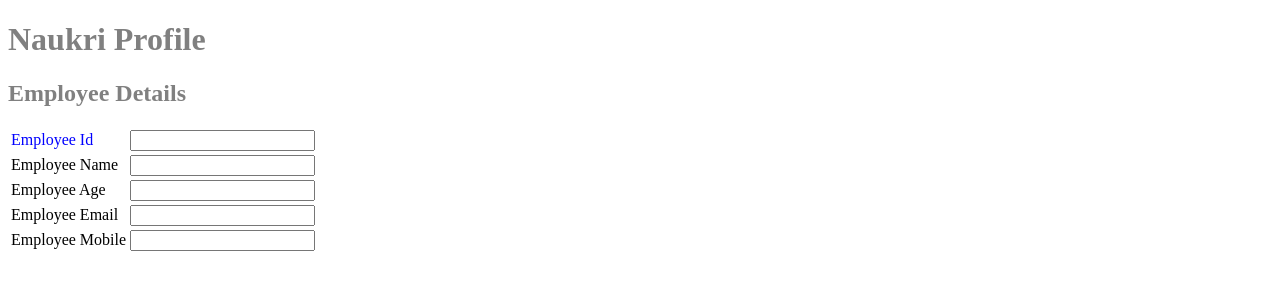
Repository: Ravikumarh6166/my-first-repo
Page: filterapp/src/main/webapp/registrationform.html
These files come from the project's save history. The page is drawn as it stood at one moment and after the next save; the edit follows.
The browser window is 1280 px wide. The pictures show the whole page.

Above is the page before, as saved 2022-08-30 07:04:06.

### filterapp/src/main/webapp/registrationform.html
<!DOCTYPE html>
<html>
<head>
<meta charset="UTF-8">
<title>Insert title here</title>
</head>
<body>
<h1 style="color:gray">Naukri Profile</h1>
<h2 style="color:gray">Employee Details</h2>
<form action="./reg" method="post">

<table>
<tr>
<td style="color:blue">Employee Id</td>
<td><input type="text" name="eid"></td>
</tr>

<tr>
<td>Employee Name</td>
<td><input type="text" name="ename"></td>
</tr>

<tr>
<td>Employee Age</td>
<td><input type="text" name="eage"></td>
</tr>

<tr>
<td>Employee Email</td>
<td><input type="text" name="email"></td>
</tr>

<tr>
<td>Employee Mobile</td>
<td><input type="text" name="emobile"></td>
</tr>


</table>
</form>
</body>
</html>

After the next save:
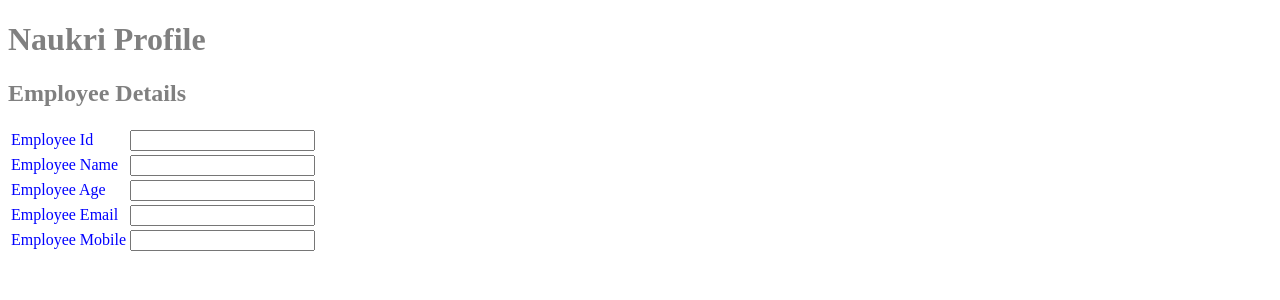
Saved 39 s later.
--- a/filterapp/src/main/webapp/registrationform.html
+++ b/filterapp/src/main/webapp/registrationform.html
@@ -16,22 +16,22 @@
 </tr>
 
 <tr>
-<td>Employee Name</td>
+<td style="color:blue">Employee Name</td>
 <td><input type="text" name="ename"></td>
 </tr>
 
 <tr>
-<td>Employee Age</td>
+<td style="color:blue">Employee Age</td>
 <td><input type="text" name="eage"></td>
 </tr>
 
 <tr>
-<td>Employee Email</td>
+<td style="color:blue">Employee Email</td>
 <td><input type="text" name="email"></td>
 </tr>
 
 <tr>
-<td>Employee Mobile</td>
+<td style="color:blue">Employee Mobile</td>
 <td><input type="text" name="emobile"></td>
 </tr>
 
